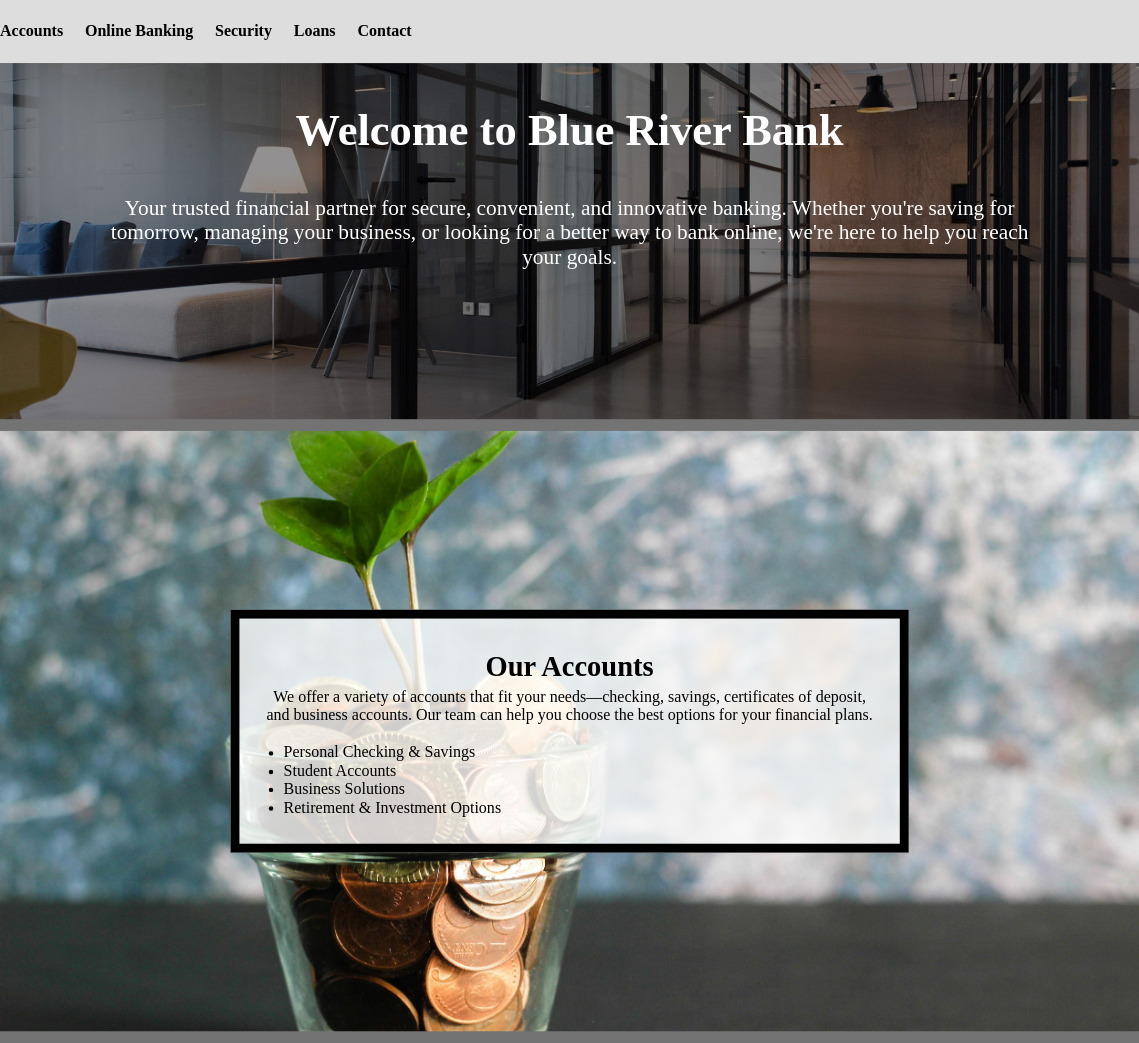
Repository: SylviaTingUM/hw3-w26
Page: bank.html
These files come from the project's save history. The page is drawn as it stood at one moment and after the next save; the edit follows.
The browser window is 1280 px wide. The pictures show the part of the page from y = 0 to 1172 px (the page is 3982 px tall), at 89% of full size.
Pictures or frames that could not be fetched are drawn as grey boxes. Backgrounds fixed to the window are drawn as part of the page.

Above is the page before, as saved 2026-01-29 20:55:33.

After the next save:
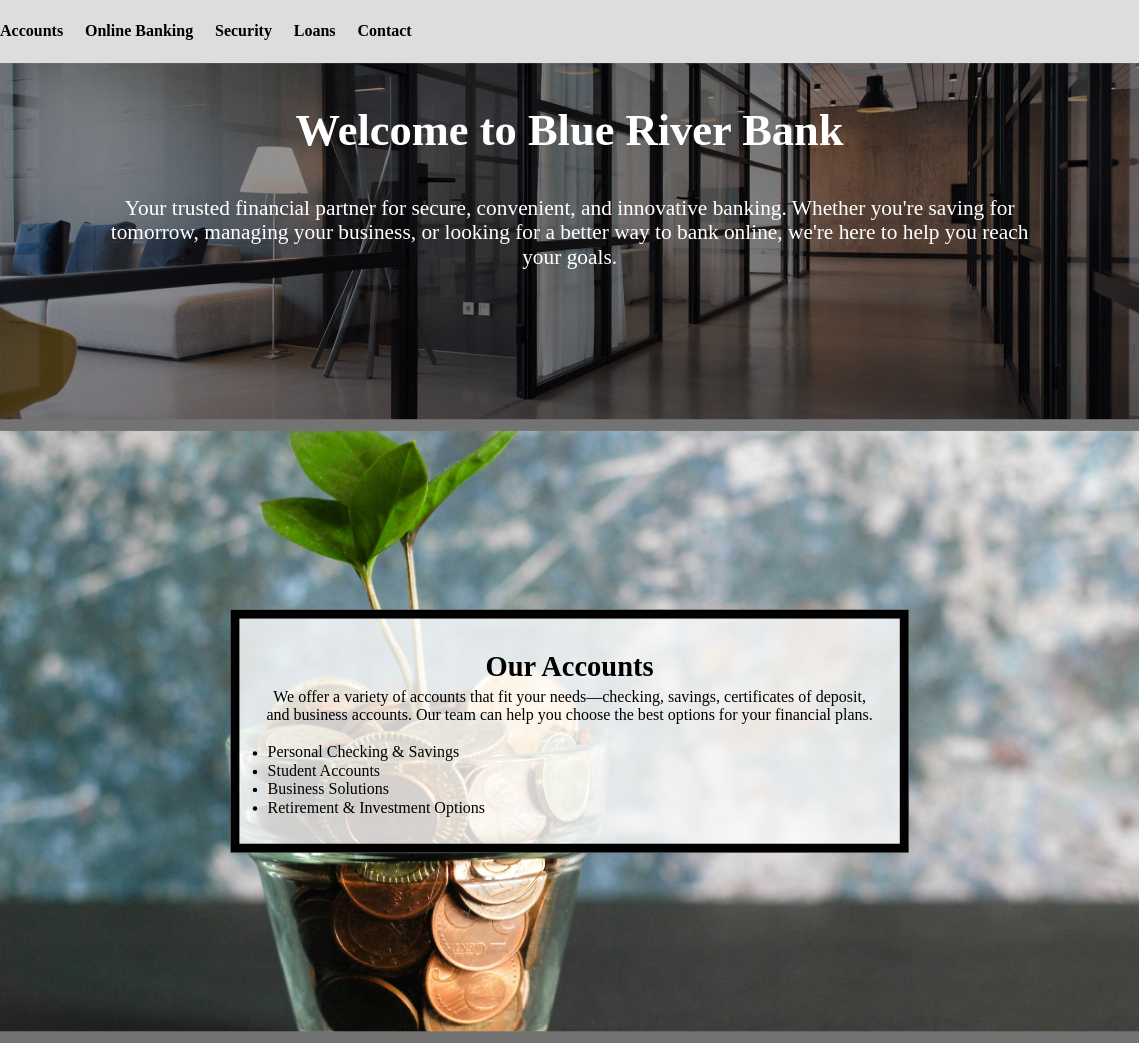
Saved 4 s later.
--- a/css/style.css
+++ b/css/style.css
@@ -116,5 +116,5 @@
 }
 .text-block ul {
      text-align: left;
-     padding-left: 20px;
+     padding-left: 2px;
 }
